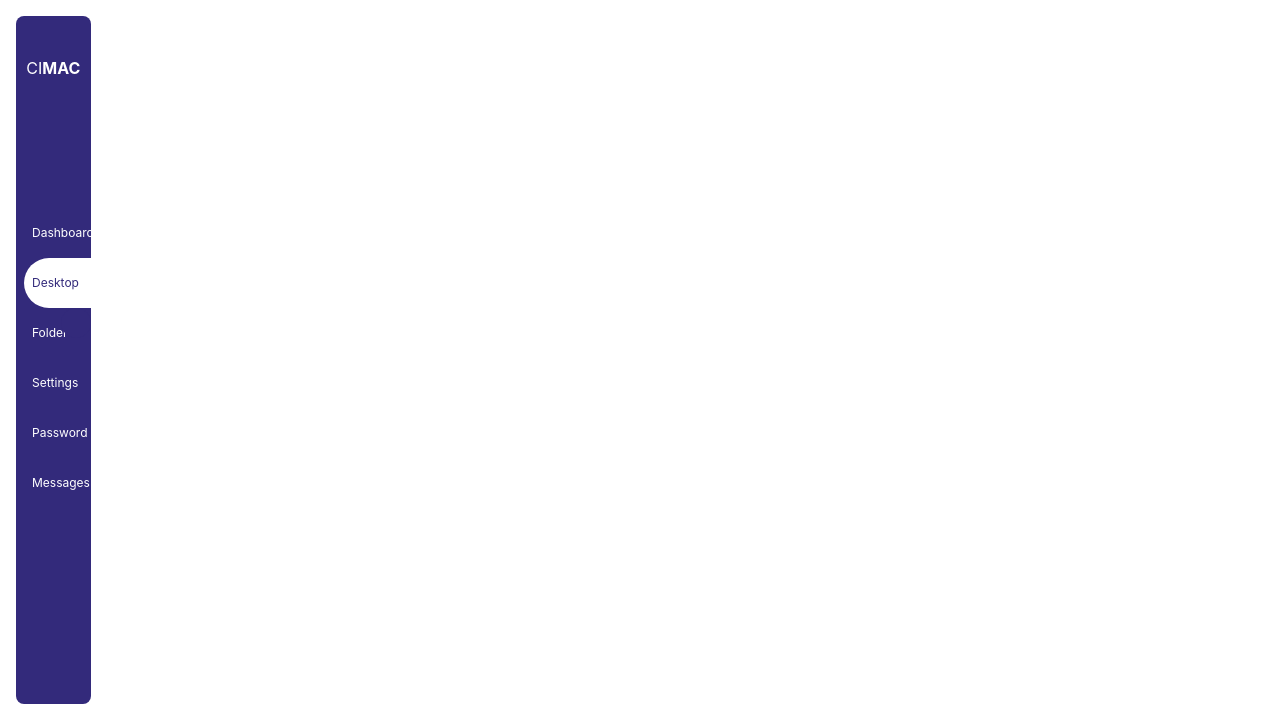
Repository: charleyvibez/experiment-Utility-software-UI
Page: index.html
The author's editor kept a copy of each file at every save. The page is drawn from the files as they stood at one save, then again after a run of saves.
The browser window is 1280 px wide. The pictures show the whole page.

Above is the page before, as saved 2020-03-17 23:40:56.

After the next 4 saves:
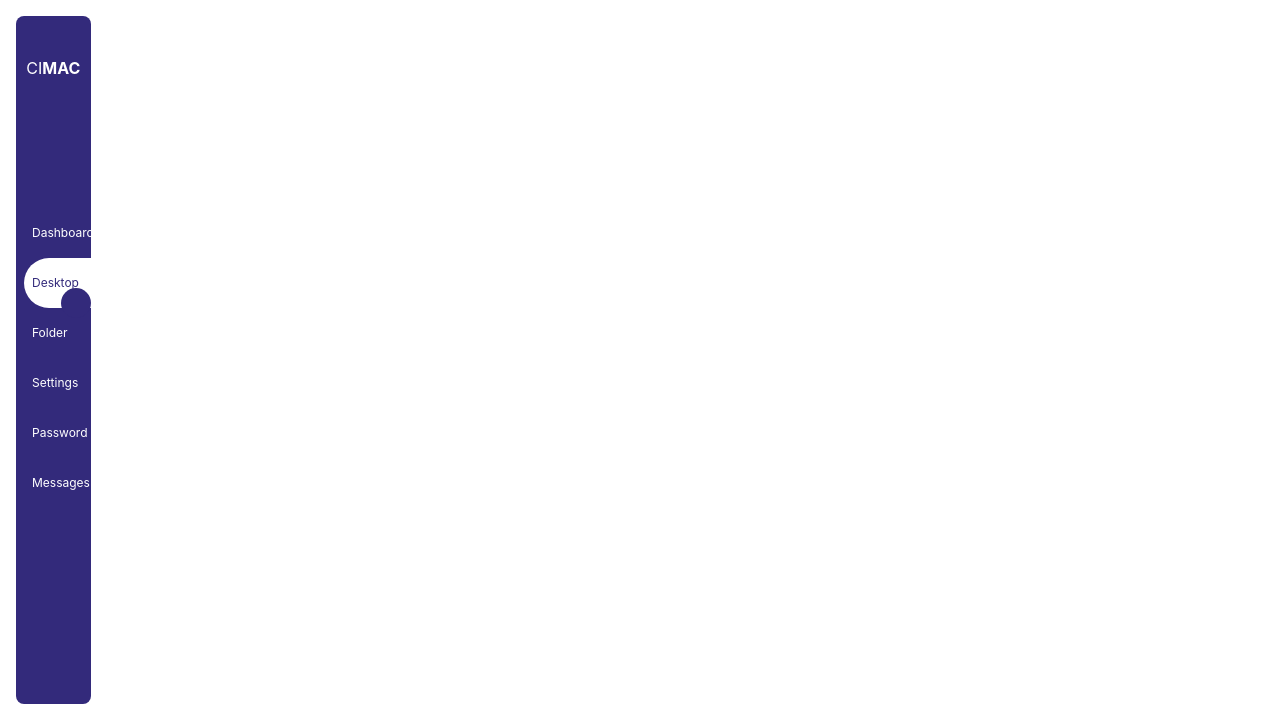
The 4 saves are shown as one change because they came seconds apart.
The last was saved 12 s later.
--- a/index.css
+++ b/index.css
@@ -15,7 +15,8 @@
   height: 30px;
   width: 30px;
   border-radius: 50%;
-  bottom: -30px;
+  top: 30px;
+
   right: 0;
   background: #332a7b;
 }
